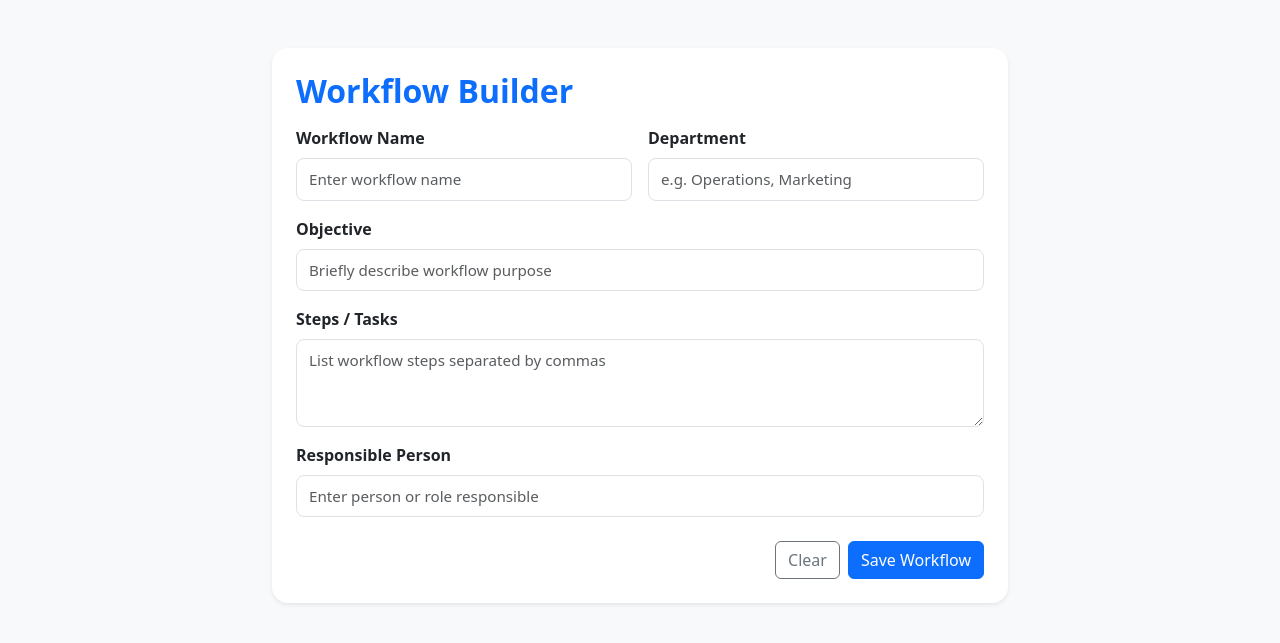
Repository: tonym642/bizcore360-wp
Page: pages/workflow-builder.html
These files come from the project's save history. The page is drawn as it stood at one moment and after the next save; the edit follows.
The browser window is 1280 px wide. The pictures show the whole page.

Above is the page before, as saved 2025-10-22 13:00:38.

### pages/workflow-builder.html

<!DOCTYPE html>
<html lang="en">
<head>
  <meta charset="UTF-8">
  <meta name="viewport" content="width=device-width, initial-scale=1.0">
  <title>Workflow Builder</title>
  <link href="https://cdn.jsdelivr.net/npm/bootstrap@5.3.2/dist/css/bootstrap.min.css" rel="stylesheet">
  <link href="../assets/css/style.css" rel="stylesheet">
</head>
<body>
  <div class="container py-5">
    <div class="row justify-content-center">
      <div class="col-lg-8">
        <div class="card shadow-sm p-4 rounded-4" id="workflowBuilderCard">
          <h2 class="mb-3 fw-bold text-primary">Workflow Builder</h2>
          <form id="workflowBuilderForm" class="needs-validation" novalidate>
            <div class="row g-3">
              <div class="col-md-6">
                <label class="form-label fw-semibold">Workflow Name</label>
                <input type="text" class="form-control" id="workflowName" placeholder="Enter workflow name" required />
              </div>
              <div class="col-md-6">
                <label class="form-label fw-semibold">Department</label>
                <input type="text" class="form-control" id="workflowDepartment" placeholder="e.g. Operations, Marketing" />
              </div>
              <div class="col-md-12">
                <label class="form-label fw-semibold">Objective</label>
                <input type="text" class="form-control" id="workflowObjective" placeholder="Briefly describe workflow purpose" />
              </div>
              <div class="col-md-12">
                <label class="form-label fw-semibold">Steps / Tasks</label>
                <textarea class="form-control" id="workflowSteps" rows="3" placeholder="List workflow steps separated by commas"></textarea>
              </div>
              <div class="col-md-12">
                <label class="form-label fw-semibold">Responsible Person</label>
                <input type="text" class="form-control" id="workflowOwner" placeholder="Enter person or role responsible" />
              </div>
            </div>
            <div class="mt-4 d-flex justify-content-end">
              <button type="reset" class="btn btn-outline-secondary me-2">Clear</button>
              <button type="submit" class="btn btn-primary">Save Workflow</button>
            </div>
          </form>
          <div id="workflowBuilderAlert" class="alert alert-success mt-3 d-none" role="alert">
            ✅ Workflow saved successfully!
          </div>
        </div>
      </div>
    </div>
  </div>
  <script src="https://cdn.jsdelivr.net/npm/bootstrap@5.3.2/dist/js/bootstrap.bundle.min.js"></script>
</body>
</html>
<!-- version: 2025-10-22-->

### assets/css/style.css
/* ====== Global Layout Fixes ====== */
body {
  background-color: #f8f9fb;
}

#main-content {
  padding: 40px 30px 60px 30px;
  min-height: calc(100vh - 80px);
}

.card {
  border: none;
  box-shadow: 0 2px 6px rgba(0,0,0,0.05);
  border-radius: 12px;
}

.card-body {
  padding: 2rem;
}

h4.fw-semibold.text-primary {
  font-size: 1.25rem;
  color: #007bff;
}

/* ====== Form Layout ====== */
.form-label {
  font-weight: 500;
}

.form-control, .form-select {
  border-radius: 8px;
  font-size: 0.95rem;
  padding: 0.55rem 0.75rem;
}

.text-end button {
  min-width: 120px;
  font-weight: 500;
}

/* ====== Page container ====== */
.container-fluid {
  max-width: 1200px;
  margin: 0 auto;
}

After the next save:
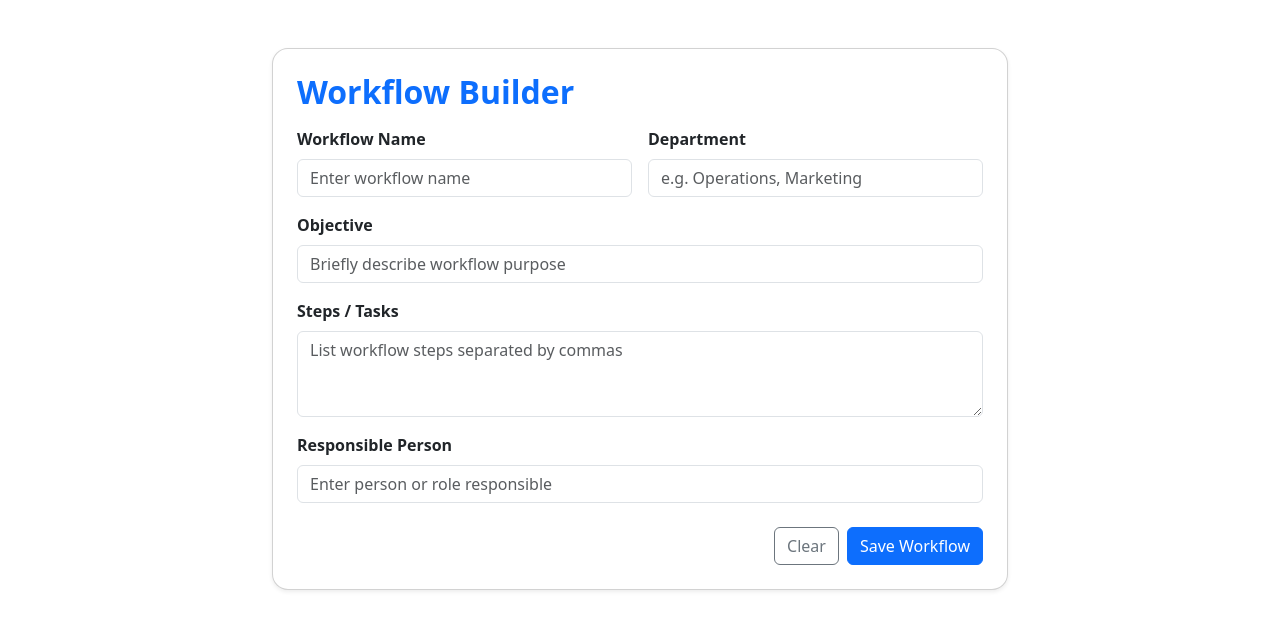
Saved 8 min 30 s later.
--- a/assets/css/style.css
+++ b/assets/css/style.css
@@ -1,46 +1,79 @@
-/* ====== Global Layout Fixes ====== */
-body {
-  background-color: #f8f9fb;
+/* ===========================================================
+   BizCore360 App CSS Isolation - v2025.10.22
+   =========================================================== */
+
+#bizcore360-app * {
+  all: revert !important;
+  box-sizing: border-box !important;
+  font-family: 'Inter', sans-serif !important;
+  font-size: 14px !important;
+  color: #212529 !important;
 }
 
-#main-content {
-  padding: 40px 30px 60px 30px;
-  min-height: calc(100vh - 80px);
+#bizcore360-app {
+  padding: 1rem !important;
+  background: transparent !important;
 }
 
-.card {
-  border: none;
-  box-shadow: 0 2px 6px rgba(0,0,0,0.05);
-  border-radius: 12px;
+#bizcore360-app .container-fluid {
+  max-width: 1200px;
+  margin: 0 auto;
+  padding: 2rem !important;
 }
 
-.card-body {
-  padding: 2rem;
+#bizcore360-app .card {
+  background-color: #fff !important;
+  border: 1px solid #e5e7eb !important;
+  border-radius: .75rem !important;
+  box-shadow: 0 4px 12px rgba(0, 0, 0, 0.05) !important;
 }
 
-h4.fw-semibold.text-primary {
-  font-size: 1.25rem;
-  color: #007bff;
+#bizcore360-app h4 {
+  color: #0d6efd !important;
+  font-weight: 600 !important;
+  margin-bottom: 1rem !important;
 }
 
-/* ====== Form Layout ====== */
-.form-label {
-  font-weight: 500;
+#bizcore360-app label {
+  font-weight: 500 !important;
+  color: #212529 !important;
+  margin-bottom: .25rem !important;
 }
 
-.form-control, .form-select {
-  border-radius: 8px;
-  font-size: 0.95rem;
-  padding: 0.55rem 0.75rem;
+#bizcore360-app input.form-control,
+#bizcore360-app textarea.form-control,
+#bizcore360-app select.form-select {
+  border: 1px solid #dee2e6 !important;
+  background-color: #fff !important;
+  color: #212529 !important;
+  width: 100% !important;
+  padding: .5rem .75rem !important;
+  border-radius: .375rem !important;
+  display: block !important;
 }
 
-.text-end button {
-  min-width: 120px;
-  font-weight: 500;
+#bizcore360-app input[readonly] {
+  background-color: #f8f9fa !important;
 }
 
-/* ====== Page container ====== */
-.container-fluid {
-  max-width: 1200px;
-  margin: 0 auto;
+#bizcore360-app button.btn {
+  font-size: 14px !important;
+  padding: .45rem 1rem !important;
+  border-radius: .375rem !important;
 }
+
+#bizcore360-app .btn-outline-secondary {
+  border-color: #ced4da !important;
+  color: #495057 !important;
+}
+
+#bizcore360-app .btn-primary {
+  background-color: #0d6efd !important;
+  border-color: #0d6efd !important;
+}
+
+#bizcore360-app .alert {
+  font-size: 14px !important;
+  border-radius: .375rem !important;
+  margin-top: 1rem !important;
+}
